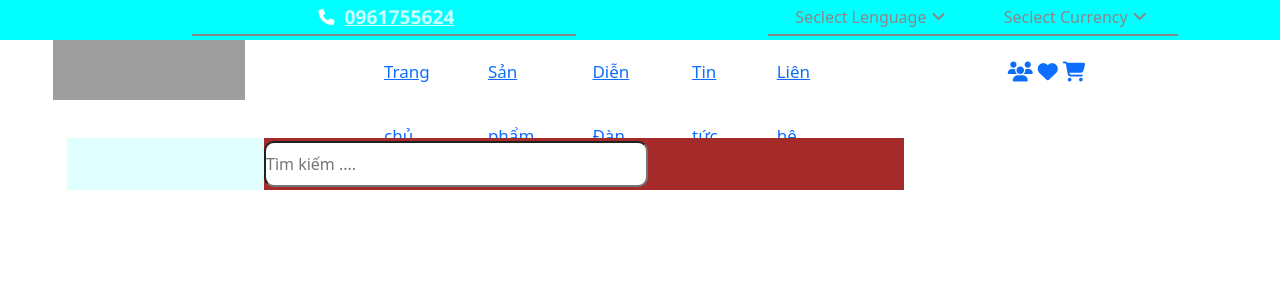
Repository: giacatdat2k5/Baitaplon
Page: da/d.html
The author's editor kept a copy of each file at every save. The page is drawn from the files as they stood at one save, then again after the next save.
The browser window is 1280 px wide. The pictures show the whole page.
Pictures or frames that could not be fetched are drawn as grey boxes.

Above is the page before, as saved 2023-11-07 00:46:35.

### da/d.html
<!DOCTYPE html>
<html lang="en">
<head>
    <meta charset="UTF-8">
    <meta name="viewport" content="width=device-width, initial-scale=1.0">
    <title>Document</title>
    <link rel="stylesheet" type="text/css" href="d.css">
    <link rel="stylesheet" href="https://cdnjs.cloudflare.com/ajax/libs/font-awesome/6.4.2/css/all.min.css"/>
    <script src="https://ajax.googleapis.com/ajax/libs/jquery/3.7.1/jquery.min.js"></script>
    <link href="https://cdn.jsdelivr.net/npm/bootstrap@5.3.2/dist/css/bootstrap.min.css" rel="stylesheet" integrity="sha384-T3c6CoIi6uLrA9TneNEoa7RxnatzjcDSCmG1MXxSR1GAsXEV/Dwwykc2MPK8M2HN" crossorigin="anonymous">
</head>
<body>
    <div class="head">
        <div class="left-head">
        <div class="hotline">
            <i class="fa-solid fa-phone"></i>
            <a href="#" class="number">0961755624 </a>
        </div>
        </div>
        <div class="right-head">
        <div class="select">
             Seclect Lenguage
            <i class="fa-solid fa-angle-down"></i>
        </div>
        <div class="select">
             Seclect Currency
            <i class="fa-solid fa-angle-down"></i>
        </div>
        </div>
    </div>
    <div class="nav">
        <a href="#" class="logo"></a>
        <ul class="menu">
            <li><a href="#">Trang chủ</a></li>
            <li class="menu_link">
                <a href="#">Sản phẩm</a>
                <ul class="menu_down">
                    <li ><a href="#"></a>Yonex</li>
                    <li ><a href="#"></a>Lining</li>
                    <li ><a href="#"></a>Victor</li>
                    <li ><a href="#"></a>Kumpoo</li>
                    <li ><a href="#"></a>Fleet</li>
                    <li ><a href="#"></a>Khác</li>
                </ul>
            </li>
            <li><a href="#">Diễn Đàn</a></li>
            <li><a href="#">Tin tức</a></li>
            <li><a href="#">Liên hệ </a></li>
        </ul>
        <ul class="icon">
            <li><a href="#"><i class="fa-solid fa-users"></i></a></li>
            <li><a href="#"><i class="fa-solid fa-heart"></i></a></li>
            <li><a href="#"><i class="fa-solid fa-cart-shopping"></i></a></li>
        </ul>
    </div>
    <div class="nav2">
        <div class="nav2-left">
            <div class="cate"></div>
        </div>
        <div class="nav2-right">
         <div class="search">
            <input class="tk" type="text" placeholder="Tìm kiếm ....">
         </div>
        </div>
    </div>


</body>
</html>

### da/d.css
*{
    text-decoration: none;
    list-style-type: none;
    margin: 0px;
    padding: 0px;

}
.head{
    background-color: #00FFFF;
    width: 100%;
    height: 40px;
    display: flex;
}
.left-head{
    width:60%;
    height: 90%;
    display: flex;
    justify-content: center;
}
.right-head{
    width:40%;
    height: 90%;
    display: flex;
    justify-content: flex-start;
}
.hotline{
    width: 50%;
    height: 100%;
    display: flex;
    align-items: center;
    justify-content: center;
    color:white;
    border-bottom: 2px solid #888888;
}
.select{
    width: 40%;
    height: 100%;
    border-bottom: 2px solid #888888;
    display: flex;
    align-items: center;
    justify-content: center;
    color: #888888;
}
.number{
    text-indent: 10px;
    color: #CCFFFF;
    font-size: larger;
    font-family: 'Segoe UI', Tahoma, Geneva, Verdana, sans-serif;
    text-indent: 10px;
    font-weight: 600;
}
.fa-solid{
    text-indent: 5px;
    transition: transform 0.1s;
    transform: scale(1);
}
.hotline:hover{
    border-bottom:2px solid white;
}
.number:hover{
    text-decoration-line: underline;
}
.select:hover{
    border-bottom:2px solid white;
}
.fa-solid:hover{
    transform: scale(1.2);
}
.nav{

    display:flex;
    height: 60px;
    line-height: 4em;
    justify-content: space-around;
}
.logo{
    width: 15%;
    height: 100%;
    background-image: url('z4855559339032_f52dfc50c2a66e564d62993c93b9ee23.jpg') ;
    background-size:cover;
}
.menu{
    width: 40%;
    display: flex;
}
.menu li{
    padding-right: 2.5em ;
    font-size: 17px;
    text-decoration: none;
    color:black;
}
.menu li a:hover{
    color: pink;
    transition: color .2s ease-out;
}
.menu_down{
    width: 140px;
    height: 18em;
    margin: 0px auto;
    position: absolute;
    top:100px;
    left: 500px;
    display: none;
}
.menu_down li{
    padding: 0px;
    border-bottom:1px solid black;
    text-align: center;

}
.menu_down li:hover{
    color:pink;
    transition: color .2s ease-out;
}
.menu .menu_link:hover .menu_down{
     display: block;
}
.icon{
    width: 20%;
    height: 100%;
    display: flex;
    justify-content: space-around:
    align-items: center;
    font-size: 20px;
    color:green;
}
.nav2{
    width: 100%;
    height: 8em;
    display: flex;
    align-items: center;
}
.nav2-left{
    width: 264px;
    height: 40%;
    display: flex;
    justify-content: flex-end;
}
.cate{
    width: 197px;
    height: 100%;
    background-color: lightcyan;
}
.nav2-right{
    width: 50%;
    height: 40%;
    background-color:brown;
    display: flex;
    justify-self: flex-end;
    align-items: center ;
}
.search{
    width: 60%;
    height: 100%;
    display: flex;
    justify-content: flex-end;
    align-items: center;
}
.tk{
    width: 100%;
    height: 90%;
    border-radius: 10px;
}

After the next save:
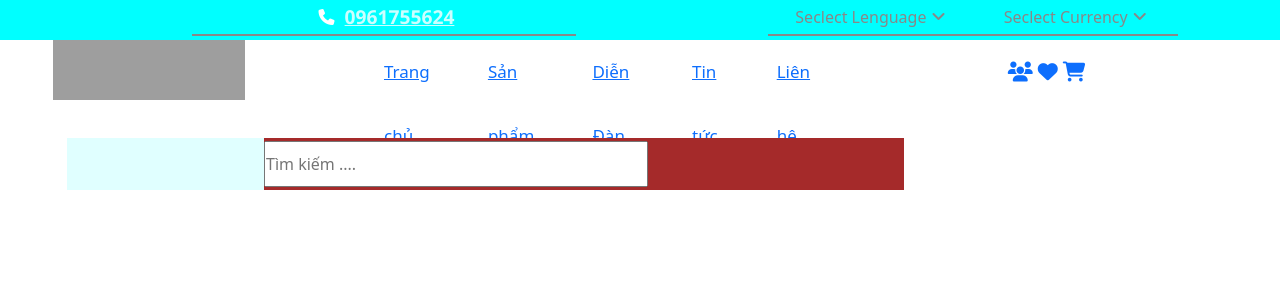
Saved 11 s later.
--- a/da/d.css
+++ b/da/d.css
@@ -159,5 +159,4 @@
 .tk{
     width: 100%;
     height: 90%;
-    border-radius: 10px;
 }
